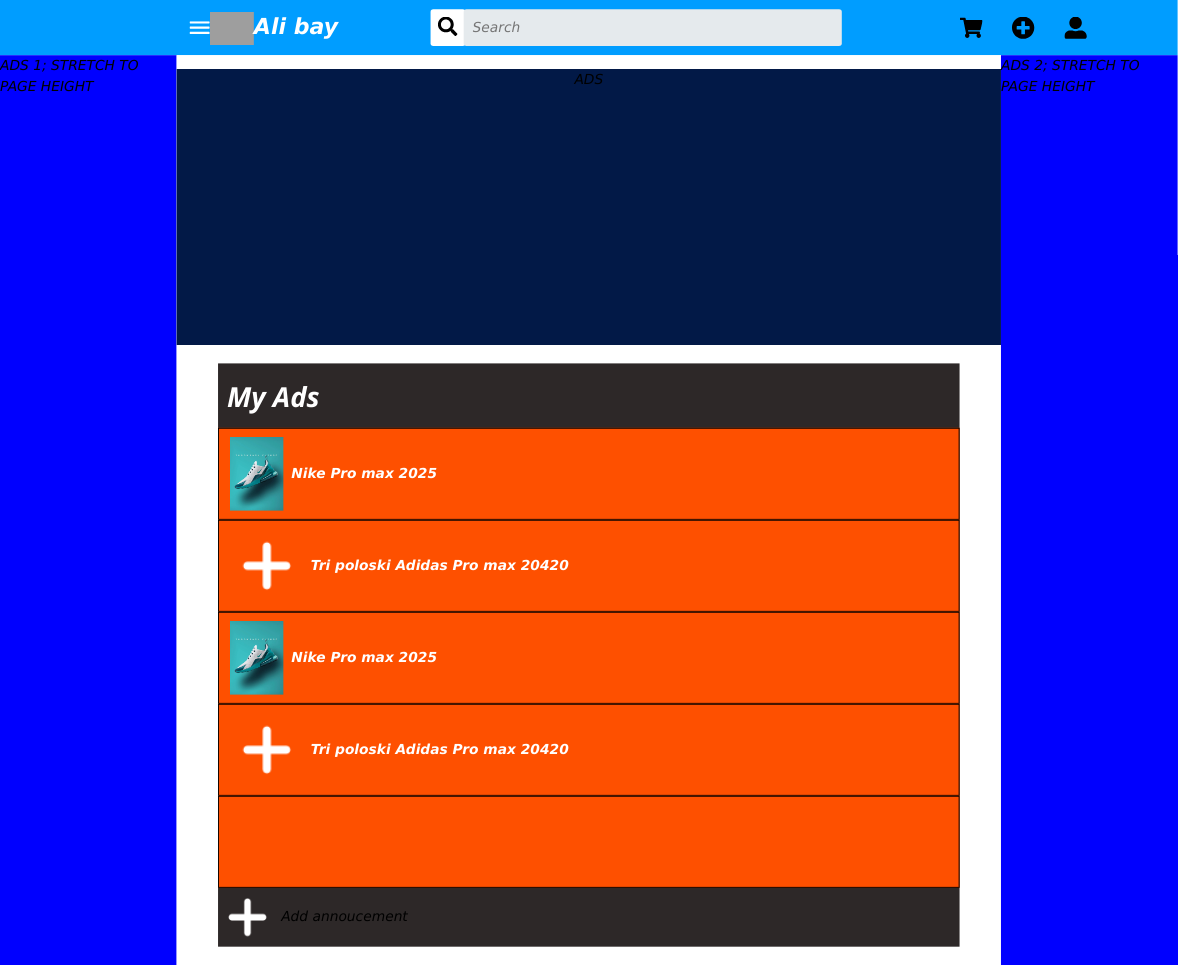
Repository: Aramys21/alibay-site
Page: public/ad_list.html
An editor plug-in stored every save of this project. The page is shown before and after a run of saves, followed by the edit.
The browser window is 1280 px wide. The pictures show the whole page, at 92% of full size.
Pictures or frames that could not be fetched are drawn as grey boxes.

Above is the page before, as saved 2023-04-05 00:45:39.

### public/ad_list.html
<!DOCTYPE html>
<html>
  <head>
	<link rel="stylesheet" href="src/css/w3.css">
	<link rel="stylesheet" href="src/css/style.css">
	<link rel="stylesheet" href="src/css/style4.css">
    <title>Ads List Page</title>
  </head>
  <body>
	<div class="w3-sidebar w3-bar-block w3-card w3-animate-left side-bar" style="display:none" id="mySidebar">
		<!-- Side bar Menu -->
		<div class="sidebar-language">
			<button class="w3-bar-item w3-button w3-xlarge sidebar">ENG</button>
			<button class="w3-bar-item w3-button w3-xlarge sidebar">FR</button>
			<button class="w3-bar-item w3-button w3-xlarge sidebar">عربي</button>
		</div>
		<!-- contents of side bar -->
		<a class="w3-bar-item sidebar-title">Compte</a>
		<a href="login.html" class="w3-bar-item sidebar-link"><img class="search-icon" src="src/icons/account-white-icon.svg" style="height:12px;"> Login</a>
		<a href="register.html" class="w3-bar-item sidebar-link"><img class="search-icon" src="src/icons/account-add-icon.svg" style="height:12px;"> Register</a>
		<!-- separator -->
		<a class="w3-bar-item sidebar-title">Categories</a>
		<a href="#" class="w3-bar-item sidebar-link"><img class="search-icon" src="src/icons/perfume-icon.svg" style="height:18px;"> Cosmetique et beauté</a>
		<a href="#" class="w3-bar-item sidebar-link"><img class="search-icon" src="src/icons/watch-icon.svg" style="height:18px;"> Accessoire de mode</a>
		<a href="#" class="w3-bar-item sidebar-link"><img class="search-icon" src="src/icons/car-icon.svg" style="height:18px;"> Véhicules</a>
		<a href="#" class="w3-bar-item sidebar-link"><img class="search-icon" src="src/icons/battery-icon.svg" style="height:18px;"> piéces détachées</a>
		<a href="#" class="w3-bar-item sidebar-link"><img class="search-icon" src="src/icons/android-icon.svg" style="height:18px;"> Téléphones</a>
		<a href="#" class="w3-bar-item sidebar-link"><img class="search-icon" src="src/icons/headphones-icon.svg" style="height:18px;"> Accessoires de téléphones</a>
		<a href="#" class="w3-bar-item sidebar-link"><img class="search-icon" src="src/icons/appliance-icon.svg" style="height:18px;"> Electronique et electroménager</a>
		<a href="vetements.html" class="w3-bar-item sidebar-link"><img class="search-icon" src="src/icons/clothes-icon.svg" style="height:18px;"> Vétements</a>
	</div>

   <div id="navbar" class="navbar">
		<a href="#" id="openNav" class="w3-large navbar-first" onclick="menu_click()"><svg width="22" height="14" viewBox="0 0 22 14" fill="none" xmlns="http://www.w3.org/2000/svg">
			<path d="M0.785714 2.57143H21.2143C21.6482 2.57143 22 2.31561 22 2V0.571429C22 0.255821 21.6482 0 21.2143 0H0.785714C0.351754 0 0 0.255821 0 0.571429V2C0 2.31561 0.351754 2.57143 0.785714 2.57143ZM0.785714 8.28571H21.2143C21.6482 8.28571 22 8.02989 22 7.71429V6.28571C22 5.97011 21.6482 5.71429 21.2143 5.71429H0.785714C0.351754 5.71429 0 5.97011 0 6.28571V7.71429C0 8.02989 0.351754 8.28571 0.785714 8.28571ZM0.785714 14H21.2143C21.6482 14 22 13.7442 22 13.4286V12C22 11.6844 21.6482 11.4286 21.2143 11.4286H0.785714C0.351754 11.4286 0 11.6844 0 12V13.4286C0 13.7442 0.351754 14 0.785714 14Z" fill="white"/>
			</svg>
			</a>
		<div class="navbar__logo"><a href="home.html"><img src="src/images/logo-ab.png" style="width:8%;height:auto;"/>Ali bay</a></div>
		<div class="navbar__search">
		<a class="search-icon-link" href="#"><img class="search-icon" src="src/icons/search-icon.svg" style="width:22px;"></a>
		<input type="text" placeholder="Search" class="navbar__search__input"/>
		</div>
		<div class="navbar__links">


			<div class="dropdown">
				<a href="#" class="dropbtn"><img class="nav-icons" src="src/icons/cart-icon.svg"></a>
				<div id="dropdown-cart" class="dropdown-content">
					<p>My Cart</p>
					<a href="#"><img class="search-icon" src="src/icons/clothes-icon.svg"> Link 1</a>
					<a href="#"><img class="search-icon" src="src/icons/watch-icon.svg"> Link 2</a>
					<a href="#"><img class="search-icon" src="src/icons/appliance-icon.svg"> Link 3</a>
				</div>
			</div>

			<div class="dropdown">
				<a href="ad_list.html" class="dropbtn"><img class="nav-icons" src="src/icons/add-icon.svg"></a>
			</div>

			<div class="dropdown">
				<a href="#" class="dropbtn"><img class="nav-icons" src="src/icons/account-icon.svg"></a>
				<div id="dropdown-acc" class="dropdown-content">
					<p>My Account</p>
					<div class="dropdown-acc-info-container">
						<div class="dropdown-acc-icon"><img id="dropdown-account-icon" src="src/icons/account-icon.svg"></div>
						<a id="dropdown-acc-username">WexDex</a>
					</div>

					<a href="#">Disconnect</a>
				</div>
			</div>

      </div>
    </div>
	<script>
		function menu_click() {
		  if (document.getElementById("mySidebar").style.display === "none") {
			  document.getElementById("mySidebar").style.left = "0";
			  document.getElementById("mySidebar").style.width = "15%";
			  document.getElementById("mySidebar").style.display = "block";
		  }
		  else {
			  document.getElementById("mySidebar").style.display = "none";
		  }
		}
		function w3_close() {
			  document.getElementById("mySidebar").style.display = "none";
		}
	</script>

	<!-- Body Start -->
	<div id="container" style="display:flex;">
	<div class="left">ADS 1; STRETCH TO PAGE HEIGHT</div>
	<div class="main">
		<!-- ADS -->
		<div class="ad-box">
			<p>ADS</p>
		</div>
		<!-- main content -->

		<div class="list-container">
			<div class="list-label"><h2>My Ads</h2></div>
			<!-- Item list -->

			<!-- Single item start -->
			<div class="list-item">
				<a><img src="src/images/ades (1).png"></a>
				<a>Nike Pro max 2025</a>
			</div>
			<!-- single item end -->

			<!-- Single item start -->
			<div class="list-item">
				<a><img src="src/images/ades (2).png"></a>
				<a>Tri poloski Adidas Pro max 20420</a>
			</div>
			<!-- single item end -->

			<!-- Single item start -->
			<div class="list-item">
				<a><img src="src/images/ades (1).png"></a>
				<a>Nike Pro max 2025</a>
			</div>
			<!-- single item end -->

			<!-- Single item start -->
			<div class="list-item">
				<a><img src="src/images/ades (2).png"></a>
				<a>Tri poloski Adidas Pro max 20420</a>
			</div>
			<!-- single item end -->
			<a class="list-item " href="#">
			<a href="#"><img src="src/images/ades (2).png"></a>
			<a href="#" style="text-decoration: none;">Add annoucement</a>
			</a>
		</div>


	</div>
		<div class="right">ADS 2; STRETCH TO PAGE HEIGHT</div>
	</div>

	<a href="#" class="back-to-top"></a>
	<script>
		const backToTopButton = document.querySelector('.back-to-top');

		window.addEventListener('scroll', () => {
		  if (window.scrollY > 200) {
			backToTopButton.classList.add('show');
		  } else {
			backToTopButton.classList.remove('show');
		  }
		});

		backToTopButton.addEventListener('click', () => {
		  window.scrollTo({ top: 0, behavior: 'smooth' });
		});

	</script>
  </body>
</html>

### public/src/css/style.css
html,
body {

  font-style: italic;
}

/* Style for the navbar */
  .navbar {
	display: flex;
	justify-content: space-between;
	align-items: center;
	background-color: #009dff;
	color: #fff;
	padding: 10px;
	height: 60px;
  }
  .navbar__logo a {
	font-size: 24px;
	font-weight: bold;
	display: inline;
	color: #fff;
	text-decoration: none;

  }
  .navbar__logo img {
	  width:20% !important;
  }
  .navbar-first {
	  margin-left: 15%;
  }
  .navbar__logo {
	  display: inline;
	  width: 30%;
  }
  .navbar__search {
	  display: flex;
	  width:70%;
  }

  .navbar__search__input {
	/* margin: 0 20px; */
	margin-left: -2px;
	height: 40px;
	border-radius: 3px;
	border: none;
	padding: 0 10px;
	z-index: 1;
  }

  input[type="text"].navbar__search__input {
	margin-right: 20%;
	width: 100% !important;
	background-color: #e5eaed;
  }
  .search-icon-link {
	padding-top: 7px;
	background-color: #ffffff;
	border-radius: 3px;
	border: none;
	padding-left: 8px;
	padding-right: 8px;
  }

  .navbar__links {
	display: flex;
	margin-right: 5%;
  }
  .navbar__links a {
	color: #000;
	text-decoration: none;
	margin-right: 30px;
	font-size: 20px;
	margin-right: 50px;
  }
  .navbar__links a:last-child {
	margin-right: 0;
  }


  .nav-icons {
	  fill: black;
	  color: black;
  }

.side-bar {
	transition: 0.5s;
	background-color: #009dff;
	color: #fff;
}

#navbar {
  transition: margin-left .5s;
  padding: 20px;
}

@media screen and (max-height: 450px) {
  .navbar {padding-top: 15px;}
  .navbar a {font-size: 18px;}
}

/* Drop down */

.dropdown {
  float: left;
  overflow: hidden;
}

.dropdown .dropbtn {
  font-size: 16px;
  border: none;
  outline: none;
  color: white;
  padding: 14px 16px;
  background-color: inherit;
  font-family: inherit;
  margin: 0;
}

.navbar a:hover, .dropdown:hover .dropbtn {

}

.dropdown-content {
  display: none;
  position: absolute;
  background-color: #f9f9f9;
  box-shadow: 0px 8px 16px 0px rgba(0,0,0,0.2);
  z-index: 1;
  right : 10px;
}
#dropdown-cart {
	min-width: 400px;
}
#dropdown-acc {
	min-width: 250px;
}

.dropdown-acc-info-container {
	display: flex;
	align-items: center;
	background-color: #2D2828;
}
.dropdown-acc-info-container a {
	color: white;
	font-size: 20px;

}

.dropdown-acc-icon {
  display: flex;
  justify-content: center;
  align-items: center;
  width: 70px;
  height: 70px !important;
  border-radius: 50%;
  background-color: #FE5000;
  margin-bottom: 5px;
  color: white;
  margin: 5px;
}

.dropdown-acc-icon img {
	fill: #fff;
	color: #fff;
}

.dropdown-content a:not([id="dropdown-acc-username"]),.dropdown-content p,.dropdown-content img {
  float: none;
  color: #fff;
  padding: 6px 10px;
  text-decoration: none;
  display: flex;
  text-align: left;
  margin-right: 0;
  background-color: #FE5000;
}
.dropdown-content img {
	background-color: transparent;
}
.dropdown-content a {
	display: flex;
}

.dropdown-content p {
	background-color: #2D2828;
	margin-bottom: 0;
	margin-top: 0;
	font-size: 20px;
	color: #fff;
}
#dropdown-acc p {
	background-color: #000;
}

.dropdown-content a:hover:not([id="dropdown-acc-username"]),.dropdown-content img:hover {
  background-color: #942B0A;
}
#dropdown-account-icon:hover {
	background-color: transparent;
}

.dropdown:hover .dropdown-content {
  display: block;
}

/* Sidebar */

.sidebar-language button {
	width: 34%;
	font-size: 20px;
}
.sidebar-language {
	display: flex;
	background-color: #0077ff;
	color: #fff;
}
a.sidebar-title, a.sidebar-link {
	text-decoration: none;
}
a.sidebar-link {
	margin-left: 5%;
}
a.sidebar-link:hover {
	background-color: #942B0A;
}


/* Body Structure */
.container {
  justify-content: center;
  align-items: center;
}
.left,
.right {
  display:flex;
  /* height: 100%; */
  width: 15%;
}
.left {
  background-color: blue;
}

.right {
  background-color: blue;
}

.main {
  height: 100%;
  background-color: white;
  width: 70%;
}


/* Content */
.ad-box {
	height:300px;
	background-color: #021947;
	text-align: center;
	align-items: middle;
	margin: auto;
	width:100%;

}

.ad-box img {
	color: #000;
	font-size: 40px;
	margin: auto;
  background-size: cover;
  width: 100%;
  height: 100%;

}
.right img{
  width: 100%;
  height: 100%;

}

/* Categories */

.category-links {
	display: flex;
	justify-content: space-between;
	align-items: center;
  justify-content: center;
	background-color: #2D2828;
	height: 250px;
  padding-top: 10px;
	/* padding-left: 5%;
	padding-right: 5%; */
	flex-wrap: wrap;
	width:auto;
	/* margin-left: 15%; */
	/* margin-right: auto; */
}

.category-link {
  display: flex;
  flex-direction: column;
  justify-content: center;
  align-items: center;
  text-align: center;
  width: 100px;
  height: 120px;
  text-decoration: none;
  font-weight: bold;
  font-size: 1.2em;
  margin-right: 10px;
}

.category-icon {
  display: flex;
  justify-content: center;
  align-items: center;
  width: 70px;
  height: 70px !important;
  border-radius: 50%;
  background-color: #009dff;
  margin-bottom: 5px;
  color: white;
}
.category-icon.active-category {
  background-color: #8CBE39;
}

.category-icon img {
	fill: #fff;
	color: #fff;
}
.icn{
color: #fff;
fill: #fff;
height: 75% ;
}
.category-text {
  display: flex;
  text-overflow: ellipsis;
  overflow: hidden;
  word-wrap: break-word;
  color: white;
  font-size: 1rem;
  height: 50px;
}
/* Filter Bar */
.filter-container {
	/* width: 80%; */
	margin: auto;
	margin-top: 20px;
	display: flex;
	justify-content: center;
}
.filter-bar {
	display: flex;
	width: 40%;
	margin-right: 10%;
}
.filter-bar input {
	width: 100%;
	background-color: #009dff;
	border: none;
	color: white;
	border-top-left-radius: 5px;
	border-bottom-left-radius: 5px;
}

.filter-search-icon-link {
	padding: 8px;
	background-color: #08024f;
	border-top-right-radius: 3px;
	border-bottom-right-radius: 3px;
	border: none;
  }
/* Filter Dropdown */
.filter-dropdown {
  position: relative;
  display: inline-block;
}

.filter-btn {
  background-color: #009dff;
  color: white;
  padding: 10px;
  border: none;
  cursor: pointer;
  border-radius: 15px;
  font-size: 18px;
}

.filter-content {
  display: none;
  position: absolute;
  background-color: #009dff;
  min-width: 200px;
  z-index: 1;
  padding: 10px;
  box-shadow: 0px 8px 16px 0px rgba(0,0,0,0.2);
  border: black solid 1px;
}
.filter-content select,.filter-content input {
	background-color: #2D2828;
	color: white;
}

.filter-content form {
  margin: 0;
}

.filter-content label {
  display: block;
  font-weight: bold;
  margin-bottom: 5px;
}

.filter-content select, .filter-content input {
  display: block;
  margin-bottom: 10px;
  width: 100%;
  padding: 5px;
  border: 1px solid #ccc;
  border-radius: 4px;
  box-sizing: border-box;
}

.filter-content button[type=submit] {
  background-color: #4CAF50;
  color: white;
  border: none;
  padding: 10px;
  cursor: pointer;
}

.filter-dropdown:hover .filter-content {
  display: block;
}


/* Products List */
.product-list {
	display: flex;
	flex-wrap: wrap;
	justify-content: space-between;
	padding-left: 10%;
	padding-right: 10%;
	padding-top: 5%;
	width:100%;
}

.product-card {
  width: calc((100% / 3) - 20px);
  margin-bottom: 20px;
  box-shadow: 0 0 5px rgba(0, 0, 0, 0.2);
  border-radius: 5px;
  overflow: hidden;
  background-color: #006afe;
}

.product-card-img {
  display: block;
  width: 100%;
  height: 350px;
}

.product-card h2 {
  font-size: 1.2em;
  margin: 10px;
}

.product-card p {
  font-size: 0.9em;
  margin: 10px;
  color: #555;
}

.product-icons {
	display: flex;
	align-items: center;
	width: 50%;
}

.product-card a.card-icon-links {
  margin-left: 20px;
  padding: 20px 0px;
  border: none;
  color: white;
  font-weight: bold;
  border-radius: 5px;
  cursor: pointer;
}

.card-icons img {
	width: 33%;
	height: 33%;
}

/* Back to Top button */
.back-to-top {
  display: none;
  position: fixed;
  bottom: 20px;
  right: 20px;
  width: 50px;
  height: 50px;
  background-color: #007bff;
  color: white;
  border-radius: 50%;
  text-align: center;
  line-height: 50px;
  font-size: 24px;
  cursor: pointer;
  z-index: 9999;
  transition: opacity 0.4s ease-in-out;
  text-decoration: none;
}

.back-to-top:before {
  content: "\2191";
  font-family: Arial, sans-serif;
  font-weight: bold;
}

.back-to-top:hover {
  opacity: 0.8;
}

.back-to-top.active {
  display: block;
}


.back-to-top.show {
  display: block;
  opacity: 1;
}

### public/src/css/style4.css
.list-container {
	width: 90%;
	background-color: #2D2828;
	margin: auto;
	margin-top: 20px;
	margin-bottom: 20px;
}

.list-label {
	min-height: 70px;
	max-height: 70px;
	display: flex;
    align-items: center;
}

.list-item {
	min-height: 100px;
	max-height: 100px;
	display: flex;
    align-items: center;
	background-color: #FE5000;

	border: black solid 1px;
}

.list-item img {
	height: 80px;
	margin-left: 3%;
}

.list-container h2 {
	color: white;
	font-weight: bold;
	margin-left: 10px;
}
a.link-list-item {
	background-color:green;
}
.list-item a {
	color: white;
	font-size: 30;
	font-weight: bold;
	margin-left: 10px;
}

Loaded but not shown: public/src/css/w3.css (library)

After the next 5 saves:
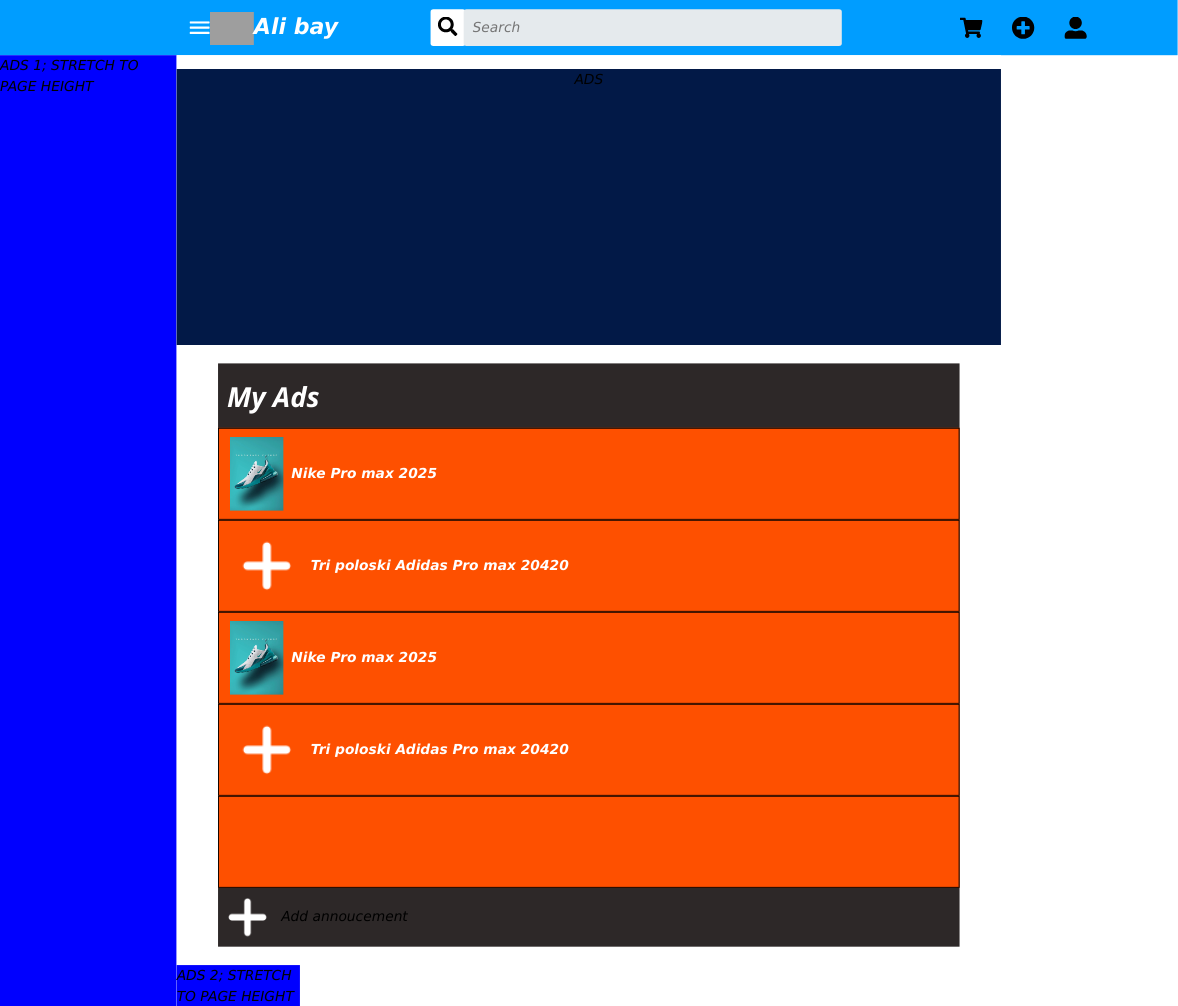
The 5 saves are shown as one change because they came seconds apart.
The last was saved 13 s later.
--- a/public/ad_list.html
+++ b/public/ad_list.html
@@ -129,7 +129,7 @@
 				<a>Tri poloski Adidas Pro max 20420</a>
 			</div>
 			<!-- single item end -->
-			<a class="list-item " href="#">
+			<div><a class="list-item " href="#">
 			<a href="#"><img src="src/images/ades (2).png"></a>
 			<a href="#" style="text-decoration: none;">Add annoucement</a>
 			</a>

After the 2 saves that followed:
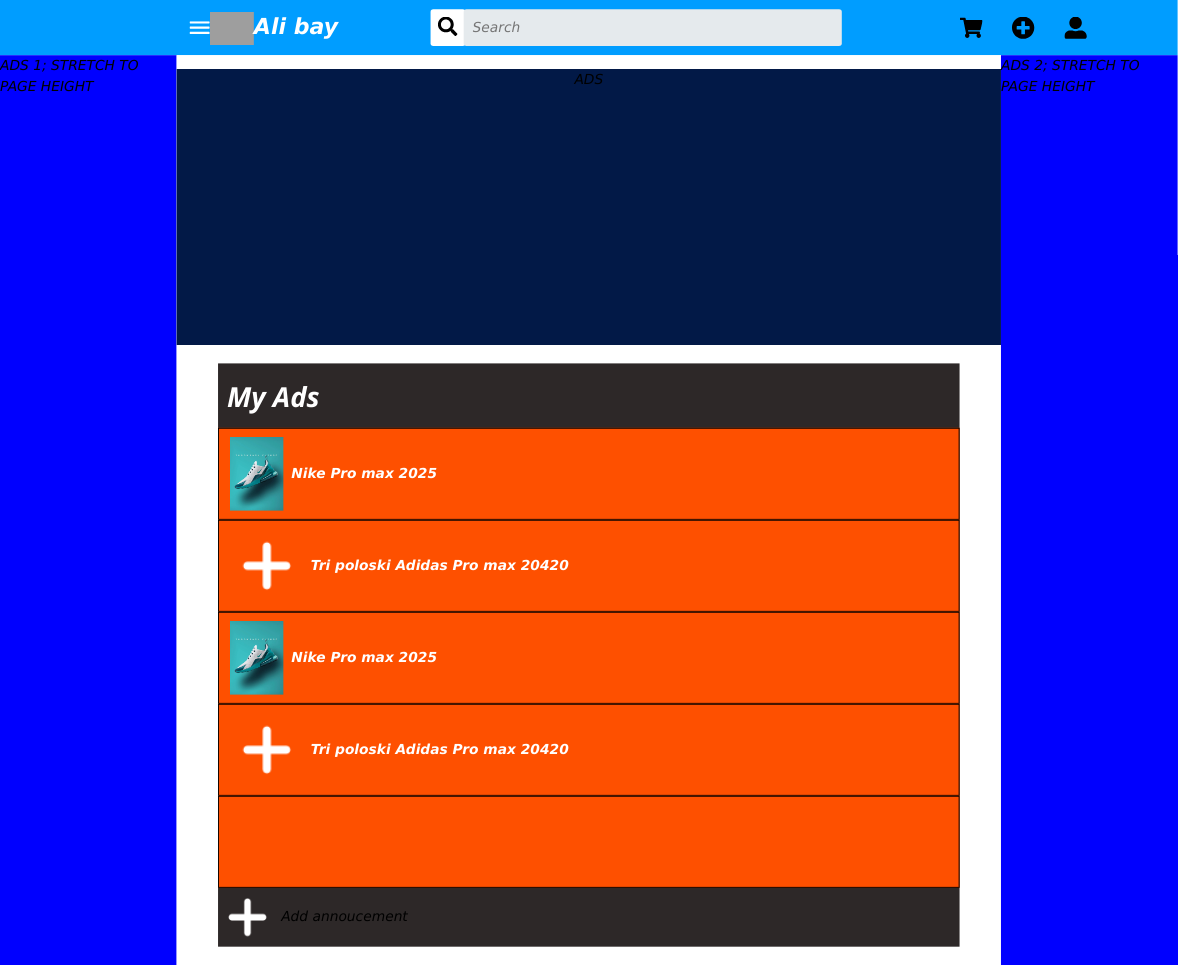
The 2 saves are shown as one change because they came seconds apart.
The last was saved 6 s later.
--- a/public/ad_list.html
+++ b/public/ad_list.html
@@ -133,6 +133,7 @@
 			<a href="#"><img src="src/images/ades (2).png"></a>
 			<a href="#" style="text-decoration: none;">Add annoucement</a>
 			</a>
+			</div>
 		</div>
 
 
